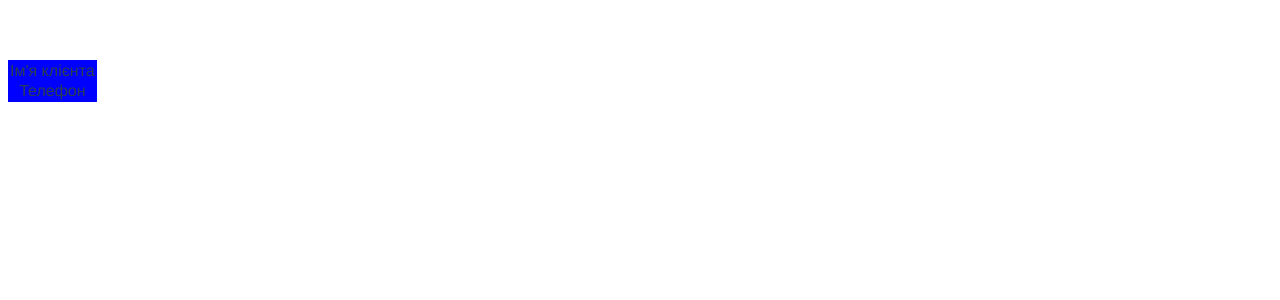
Repository: KYUUBI-K/Labs-from-2-course-
Page: / (app in lab3(using styles)/)
The author's editor kept a copy of each file at every save. The page is drawn from the files as they stood at one save, then again after the next save.
The browser window is 1280 px wide. The pictures show the whole page.
The project was rebuilt for these pictures with package versions that can differ from the ones it lists, and the page was loaded fresh each time.

Above is the page before, as saved 2021-11-24 10:47:17.

### lab3(using styles)/src/main.js
import Vue from 'vue'
import App from './App.vue'
import '@/assets/style/style.scss'

Vue.config.productionTip = false

new Vue({
  render: h => h(App),
}).$mount('#app')

### lab3(using styles)/src/App.vue
<template>
  <div id="app">
    <test/>
  </div>
</template>

<script>
import test from './components/test'

export default {
  name: 'App',
  components: {
    test
  }
}
</script>

<style>
#app {
  font-family: Avenir, Helvetica, Arial, sans-serif;
  -webkit-font-smoothing: antialiased;
  -moz-osx-font-smoothing: grayscale;
  text-align: center;
  color: #2c3e50;
  margin-top: 60px;
}
</style>

### lab3(using styles)/src/assets/style/style.scss
.name{
    background-color: blue;
}

### lab3(using styles)/src/components/test/index.vue
<template>
    <div>
        <table class = "name">
            <tr>
                Ім'я клієнта
            </tr>
            <tr>
                Телефон
            </tr>
        </table>
    </div>
</template>

<script>
    export default {

    }
</script>

<style lang="scss" scoped>
</style>

Loaded but not shown: lab3(using styles)/public/index.html (common file)

After the next save:
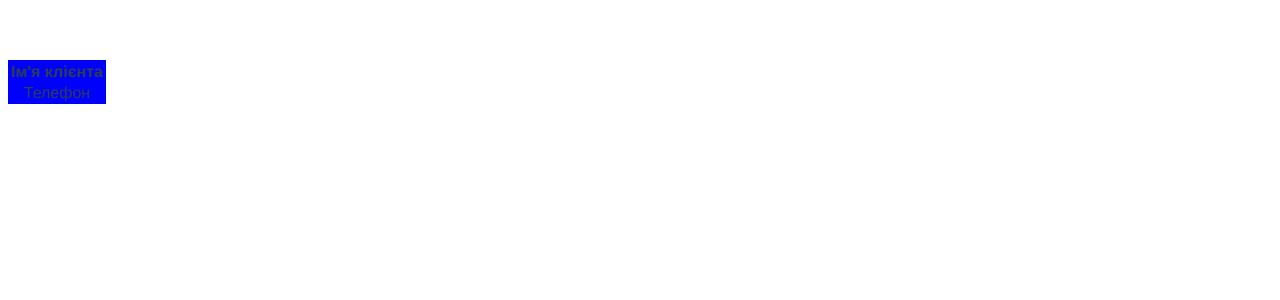
Saved 32 s later.
--- a/lab3(using styles)/src/components/test/index.vue
+++ b/lab3(using styles)/src/components/test/index.vue
@@ -2,7 +2,7 @@
     <div>
         <table class = "name">
             <tr>
-                Ім'я клієнта
+               <th>Ім'я клієнта</th>
             </tr>
             <tr>
                 Телефон
